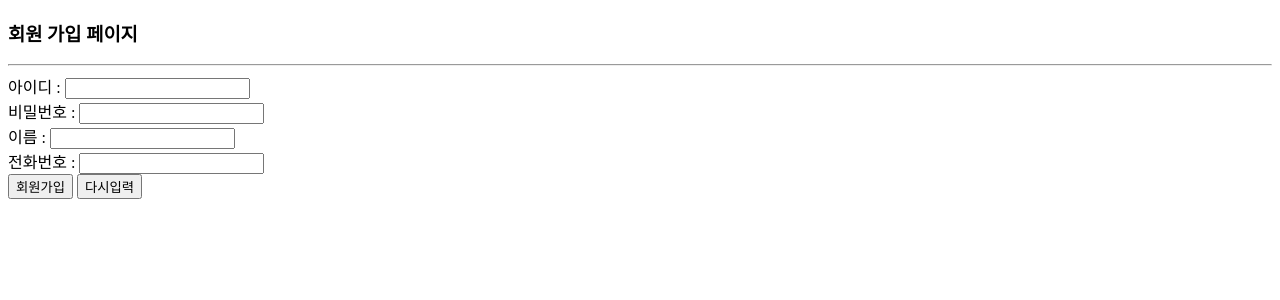
Repository: totesbk/JSP-
Page: http://localhost/web08/ex04_loginForm.jsp
An editor plug-in stored every save of this project. The page is shown before and after the next save, followed by the edit.
The browser window is 1280 px wide. The pictures show the whole page.
The page is served by Tomcat 9.

Above is the page before, as saved 2020-10-13 01:11:07.

### web08/WebContent/ex04_loginForm.jsp
<%@ page language="java" contentType="text/html; charset=UTF-8"
    pageEncoding="UTF-8"%>
<!DOCTYPE html>
<html>
<head>
<meta charset="UTF-8">
<title>Insert title here</title>
</head>
<body>
<h3>회원 가입 페이지</h3>
<hr>
<form action="ex04_signIn.jsp" method="POST">
	<label for="userId">아이디 : </label>
	<input type="text" name="userId" id="userId"><br>
	<label for="userPwd">비밀번호 : </label>
	<input type="password" name="userPwd" id="uesrPwd"><br>
	<label for="userName">이름 : </label>
	<input type="text" name="userName" id="userName"><br>
	<label for="userPhone">전화번호 : </label>
	<input type="text" name="userPhone"><br>
	<input type="submit" value="회원가입">
	<input type="reset" value="다시입력">
</form>
</body>
</html>

After the next save:
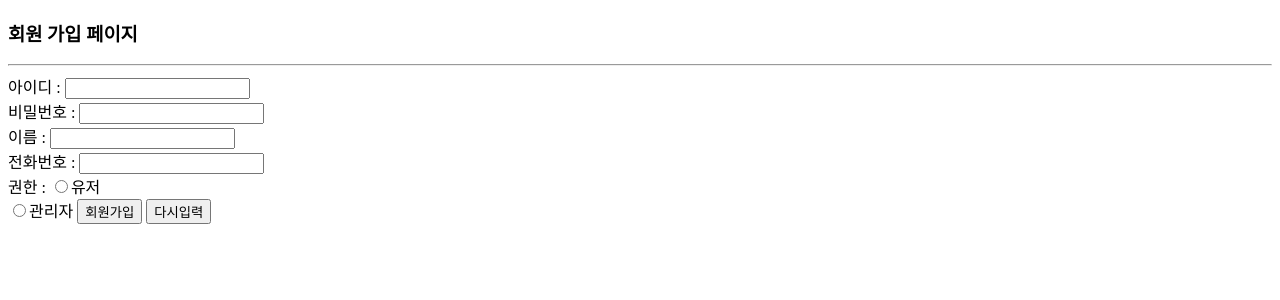
Saved 35 s later.
--- a/web08/WebContent/ex04_loginForm.jsp
+++ b/web08/WebContent/ex04_loginForm.jsp
@@ -12,12 +12,20 @@
 <form action="ex04_signIn.jsp" method="POST">
 	<label for="userId">아이디 : </label>
 	<input type="text" name="userId" id="userId"><br>
+
 	<label for="userPwd">비밀번호 : </label>
 	<input type="password" name="userPwd" id="uesrPwd"><br>
+
 	<label for="userName">이름 : </label>
 	<input type="text" name="userName" id="userName"><br>
+
 	<label for="userPhone">전화번호 : </label>
 	<input type="text" name="userPhone"><br>
+
+	<label for="admin">권한 :</label>
+      <input type="radio" name="admin" id="admin" value="0">유저 <br>
+      <input type="radio" name="admin" id="admin" value="1">관리자
+
 	<input type="submit" value="회원가입">
 	<input type="reset" value="다시입력">
 </form>
